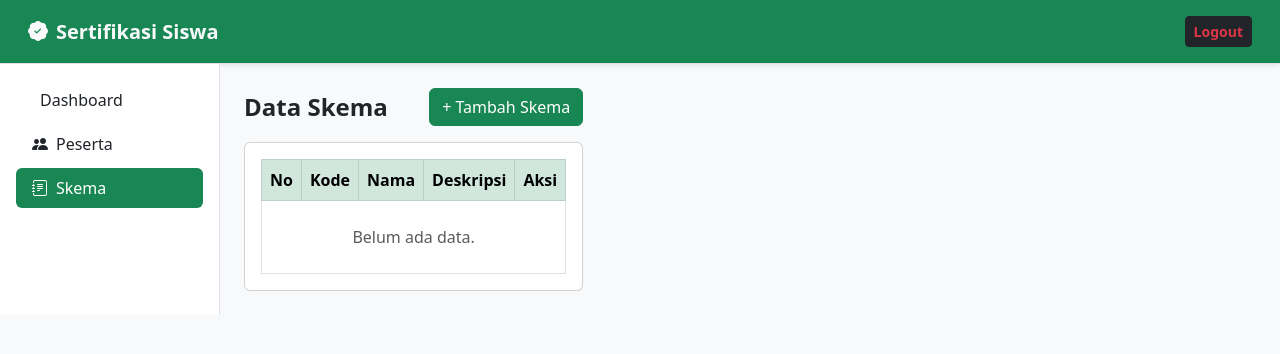
Repository: Zaki-Blip/USK_Project
Page: http://localhost/skema
The author's editor kept a copy of each file at every save. The page is drawn from the files as they stood at one save, then again after the next save.
The browser window is 1280 px wide. The pictures show the whole page.
The page is served by the project's Laravel application, run on PHP 8.4 with Laravel 12. A made-up administrator, Test User (test@example.com), is signed in. Other server files are loaded and not shown. Queries for data that is not in the repository find no rows.

Above is the page before, as saved 2026-10-13 14:15:26.

### routes/web.php
<?php

use Illuminate\Support\Facades\Route;
use App\Http\Controllers\AuthController;
use App\Http\Controllers\DashboardController;
use App\Http\Controllers\PesertaController;
use App\Http\Controllers\SkemaController;

// Halaman Awal (publik)
Route::view('/', 'halamanAwal')->name('halamanAwal');

// Area Guest (belum login)
Route::middleware('guest')->group(function () {
    Route::get('/login', [AuthController::class, 'showLogin'])->name('login');
    Route::post('/login', [AuthController::class, 'login']);

    Route::get('/register', [AuthController::class, 'showRegister'])->name('register');
    Route::post('/register', [AuthController::class, 'register']);
});

// Area Terproteksi (sudah login)
Route::middleware('auth')->group(function () {
    Route::post('/logout', [AuthController::class, 'logout'])->name('logout');
    Route::get('/dashboard', [DashboardController::class, 'index'])->name('dashboard');

    // Khusus admin (harus di atas)
    Route::middleware('role:admin')->group(function () {
        Route::resource('peserta', PesertaController::class)
            ->parameters(['peserta' => 'peserta'])
            ->only(['create', 'store', 'destroy']);

        Route::resource('skema', SkemaController::class)
            ->except(['index', 'show']);
    });

    // Admin & user
    Route::resource('peserta', PesertaController::class)
        ->parameters(['peserta' => 'peserta'])
        ->only(['index', 'show', 'edit', 'update']);

    Route::resource('skema', SkemaController::class)
        ->only(['index', 'show']);
});

### app/Models/User.php
<?php

namespace App\Models;

// use Illuminate\Contracts\Auth\MustVerifyEmail;
use App\Models\Peserta;
//use Database\Factories\UserFactory;
use Illuminate\Database\Eloquent\Attributes\Fillable;
use Illuminate\Database\Eloquent\Attributes\Hidden;
use Illuminate\Database\Eloquent\Factories\HasFactory;
use Illuminate\Foundation\Auth\User as Authenticatable;
use Illuminate\Notifications\Notifiable;

#[Fillable(['name', 'email', 'password','role'])]
#[Hidden(['password', 'remember_token'])]
class User extends Authenticatable
{
    /** @use HasFactory<UserFactory> */
    use HasFactory, Notifiable;

    /**
     * Get the attributes that should be cast.
     *
     * @return array<string, string>
     */
    protected function casts(): array
    {
        return [
            'email_verified_at' => 'datetime',
            'password' => 'hashed',
        ];
    }
    public function isAdmin(): bool
{
    return $this->role === 'admin';
}
    public function peserta()
{
    return $this->hasOne(Peserta::class);
}
}

### app/Http/Controllers/SkemaController.php
<?php

namespace App\Http\Controllers;

use App\Models\Skema;
//use App\Models\User;
use Illuminate\Http\Request;

class SkemaController extends Controller
{
    public function index(Request $request)
{
    $user = $request->user();

    $skemas = $user->isAdmin()
        ? Skema::all()
        : Skema::where('id', $user->peserta?->skema_id)->get();

    return view('skema.index', compact('skemas'));
}

public function show(Request $request, Skema $skema)
{
    $user = $request->user();

    abort_if(! $user->isAdmin() && $skema->id != $user->peserta?->skema_id, 403);

    return view('skema.show', compact('skema'));
}

    public function create()
    {
        return view('skema.create');
    }

    public function store(Request $request)
    {
        $validated = $request->validate([
            'kode_skema' => ['required', 'max:20', 'regex:/^[A-Z]{2,6}-[A-Z0-9]{2,6}-?[0-9]{0,4}$/', 'unique:skemas,kode_skema'],
            'nama_skema' => ['required', 'max:150', 'regex:/^[a-zA-Z0-9\s\.\-\/]+$/'],
            'deskripsi'  => ['nullable', 'string', 'max:500'],
        ], [
            'kode_skema.required' => 'Kode skema wajib diisi.',
            'kode_skema.regex'    => 'Format kode: JWD-2026 atau SKM-WEB-01.',
            'kode_skema.unique'   => 'Kode skema sudah dipakai.',
            'nama_skema.required' => 'Nama skema wajib diisi.',
            'nama_skema.regex'    => 'Nama hanya boleh huruf, angka, dan simbol dasar.',
            'deskripsi.max'       => 'Deskripsi maksimal 500 karakter.',
        ]);

        Skema::create($validated);
        return redirect()->route('skema.index')->with('sukses', 'Skema berhasil ditambahkan.');
    }

    public function edit(Skema $skema)
    {
        return view('skema.edit', compact('skema'));
    }

    public function update(Request $request, Skema $skema)
    {
        $validated = $request->validate([
            'kode_skema' => ['required', 'max:20','unique:skemas,kode_skema,' . $skema->id],
            'nama_skema' => ['required', 'max:150', 'regex:/^[a-zA-Z0-9\s\.\-\/]+$/'],
            'deskripsi'  => ['nullable', 'string', 'max:500'],
        ], [
            'kode_skema.required' => 'Kode skema wajib diisi.',
            'kode_skema.unique'   => 'Kode skema sudah dipakai.',
            'nama_skema.required' => 'Nama skema wajib diisi.',
            'nama_skema.regex'    => 'Nama hanya boleh huruf, angka, dan simbol dasar.',
            'deskripsi.max'       => 'Deskripsi maksimal 500 karakter.',
        ]);

        $skema->update($validated);
        return redirect()->route('skema.index')->with('sukses', 'Skema berhasil diperbarui.');
    }

    public function destroy(Skema $skema)
    {
        // Cek apakah masih dipakai peserta
        if ($skema->pesertas()->count() > 0) {
            return redirect()->route('skema.index')
                ->with('error', 'Skema tidak bisa dihapus karena masih dipakai peserta.');
        }

        $skema->delete();
        return redirect()->route('skema.index')->with('sukses', 'Skema berhasil dihapus.');
    }
}

### app/Models/Skema.php
<?php

namespace App\Models;

use Illuminate\Database\Eloquent\Model;

class Skema extends Model
{
    protected $table = 'skemas'; // ← tambahkan

    protected $fillable = ['kode_skema', 'nama_skema', 'deskripsi'];

    public function pesertas()
    {
        return $this->hasMany(Peserta::class, 'skema_id');
    }
}

### resources/views/skema/index.blade.php
@extends('layouts.app')
@section('content')

<div class="d-flex justify-content-between align-items-center mb-3">
    <h4 class="fw-bold mb-0">Data Skema</h4>
    <a href="{{ route('skema.create') }}" class="btn btn-success">+ Tambah Skema</a>
</div>

<div class="card p-3">
    <div class="table-responsive">
        <table class="table table-bordered table-hover align-middle mb-0">
            <thead class="table-success">
                <tr>
                    <th>No</th>
                    <th>Kode</th>
                    <th>Nama</th>
                    <th>Deskripsi</th>
                    <th class="text-center">Aksi</th>
                </tr>
            </thead>
            <tbody>
            @forelse($skemas as $i => $s)
                <tr>
                    <td>{{ $loop->iteration }}</td>
                    <td><span class="badge bg-success">{{ $s->kode_skema }}</span></td>
                    <td class="fw-bold">{{ $s->nama_skema }}</td>
                    <td><small class="text-muted">{{ \Str::limit($s->deskripsi, 50) ?: '-' }}</small></td>
                    <td class="text-center">
                        <a href="{{ route('skema.show', $s) }}" class="btn btn-sm btn-info text-white"><i class="bi bi-eye"></i></a>
                        <a href="{{ route('skema.edit', $s) }}" class="btn btn-sm btn-warning"><i class="bi bi-pencil"></i></a>
                        <form action="{{ route('skema.destroy', $s) }}" method="POST" class="d-inline"
                              onsubmit="return confirm('Hapus data ini?')">@csrf @method('DELETE')
                            <button class="btn btn-sm btn-danger"><i class="bi bi-trash"></i></button>
                        </form>
                    </td>
                </tr>
            @empty
                <tr><td colspan="6" class="text-center text-muted py-4">Belum ada data.</td></tr>
            @endforelse
            </tbody>
        </table>
    </div>


</div>

@endsection

### resources/views/layouts/app.blade.php
<!DOCTYPE html>
<html lang="id">
<head>
    <meta charset="UTF-8">
    <meta name="viewport" content="width=device-width, initial-scale=1">
    <title>@yield('title', 'Web Sertifikasi')</title>
    <link href="https://cdn.jsdelivr.net/npm/bootstrap@5.3.0/dist/css/bootstrap.min.css" rel="stylesheet">
    <link href="https://cdn.jsdelivr.net/npm/bootstrap-icons@1.11.0/font/bootstrap-icons.css" rel="stylesheet">
</head>
<body class="bg-light min-vh-100">

    {{-- Topbar --}}
    <div class="border-bottom bg-success p-3 shadow-sm">
        <div class="container-fluid d-flex justify-content-between align-items-center">
            <span class="fw-bold text-light fs-5">
                <i class="bi bi-patch-check-fill me-2"></i>Sertifikasi Siswa
            </span>
            <form method="POST" action="{{ route('logout') }}">
                @csrf
                <button class="btn btn-sm btn-dark fw-bold text-danger">Logout</button>
            </form>
        </div>
    </div>

    <div class="d-flex flex-column flex-md-row">

        {{-- Sidebar --}}
        <aside class="bg-white border-end p-3" style="min-width: 220px;">
            <nav class="nav nav-pills flex-column gap-1">

                <a href="{{ route('dashboard') }}"
                   class="nav-link {{ request()->routeIs('dashboard') ? 'active bg-success' : 'text-dark' }}">
                    <i class="bi me-2"></i>Dashboard
                </a>

                @if(auth()->user()->isAdmin())
                    <a href="{{ route('peserta.index') }}"
                       class="nav-link {{ request()->routeIs('peserta.*') ? 'active bg-success' : 'text-dark' }}">
                        <i class="bi bi-people-fill me-2"></i>Peserta
                    </a>

                    <a href="{{ route('skema.index') }}"
                       class="nav-link {{ request()->routeIs('skema.*') ? 'active bg-success' : 'text-dark' }}">
                        <i class="bi bi-journal-text me-2"></i>Skema
                    </a>
                @elseif(auth()->user()->peserta)
                    <a href="{{ route('peserta.show', auth()->user()->peserta) }}"
                       class="nav-link {{ request()->routeIs('peserta.*') ? 'active bg-success' : 'text-dark' }}">
                        <i class="bi bi-person-circle me-2"></i>Edit Data Saya
                    </a>
                @endif

            </nav>
        </aside>

        {{-- Isi Content --}}
        <main class="flex-1 p-4" style="min-width: 0;">
            <div class="mx-auto" style="max-width: 1000px;">
                @if(session('sukses'))
                    <div class="alert alert-success">{{ session('sukses') }}</div>
                @endif
                @if(session('error'))
                    <div class="alert alert-danger">{{ session('error') }}</div>
                @endif
               @if($errors->any())
                    <div class="alert alert-danger">
                        <ul class="mb-0 ps-3">
                            @foreach($errors->all() as $pesan)
                                <li>{{ $pesan }}</li>
                            @endforeach
                        </ul>
                    </div>
                @endif
                @yield('content')
            </div>
        </main>
    </div>

    <script src="https://cdn.jsdelivr.net/npm/bootstrap@5.3.0/dist/js/bootstrap.bundle.min.js"></script>
</body>
</html>

Loaded but not shown: app/Http/Controllers/Controller.php (common file)

After the next save:
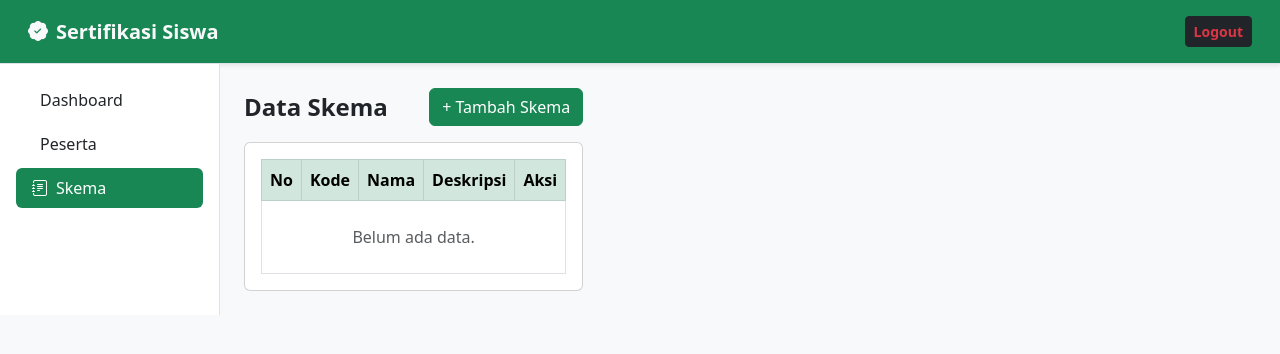
Saved 4 s later.
--- a/resources/views/layouts/app.blade.php
+++ b/resources/views/layouts/app.blade.php
@@ -36,7 +36,7 @@
                 @if(auth()->user()->isAdmin())
                     <a href="{{ route('peserta.index') }}"
                        class="nav-link {{ request()->routeIs('peserta.*') ? 'active bg-success' : 'text-dark' }}">
-                        <i class="bi bi-people-fill me-2"></i>Peserta
+                        <i class="bi me-2"></i>Peserta
                     </a>
 
                     <a href="{{ route('skema.index') }}"
